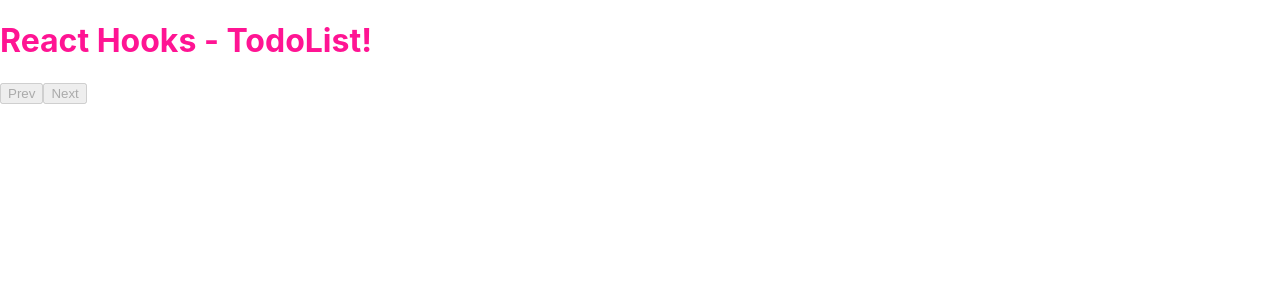
Repository: TranNgocPhuongNhi/react-hooks-basic
Page: /
These files come from the project's save history. The page is drawn as it stood at one moment and after a run of saves; the edit follows.
The browser window is 1280 px wide. The pictures show the whole page.
The page's requests for data from a server got no answer. The project was rebuilt for these pictures with package versions that can differ from the ones it lists, and the page was loaded fresh each time. No one was signed in, and anything a server would have sent is missing. Also part of the build but not shown: src/components/TodoList/index.jsx, src/components/TodoForm/index.jsx.

Above is the page before, as saved 2021-09-06 21:01:34.

### src/App.js
import React, { useState, useEffect } from 'react';
import queryString from 'query-string';

import './App.scss';
import TodoList from './components/TodoList'
import TodoForm from './components/TodoForm'
import PostList from './components/PostList'
import Pagination from './components/Pagination'
import PostFilterForm from './components/PostFilterForm'

function App() {
  const [todoList, setTodoList] = useState([
    { id: 1, title: 'I love Easy Frontend! 😍 ' },
    { id: 2, title: 'We love Easy Frontend! 🥰 ' },
    { id: 3, title: 'They love Easy Frontend! 🚀 ' },
  ]);

  const [postList, setPostList] = useState([]);
  const [pagination, setPagination] = useState({
    _page: 1,
    _limit: 10,
    _totalRows: 1,
  });
  const [filters, setFilters] = useState({
    _limit: 10,
    _page: 1,
  });

  useEffect(() => {
    async function fetchPostList() {
      try {
        const paramsString = queryString.stringify(filters)
        const requestUrl = `http://js-post-api.herokuapp.com/api/posts?${paramsString}`
        const response = await fetch(requestUrl)
        const responseJSON = await response.json()

        const {data, pagination} = responseJSON
        setPostList(data)
        setPagination(pagination)
      } catch (error) {
        console.log('Failed to fetch post list: ', error.message);
      }
    }

    fetchPostList()

  }, [filters])

  function handlePageChange(newPage) {
    console.log('New page: ', newPage);
    setFilters({
      ...filters,
      _page: newPage,
    });
  }

  function handleTodoClick(todo) {
    const index = todoList.findIndex(x => x.id === todo.id)
    if(index < 0) return;

    const newTodoList = [...todoList]
    newTodoList.splice(index, 1)
    setTodoList(newTodoList)
  }

  function handleTodoFormSubmit(formValues) {
    // add new todo to current todo list
    const newTodo = {
      id: todoList.length + 1,
      ...formValues
    }
    const newTodoList = [...todoList]
    newTodoList.push(newTodo)
    setTodoList(newTodoList)
  }

  return (
    <div className="app">
      <h1>React Hooks - TodoList!</h1>

      <PostList posts={postList}/>
      <Pagination pagination={pagination} onPageChange={handlePageChange}/>
      {/* <TodoForm onSubmit = {handleTodoFormSubmit}/>
      <TodoList todos = {todoList} onTodoClick={handleTodoClick}/> */}
    </div>
  );
}

export default App;

### src/App.scss
.app {
  color: deeppink;
}

### src/components/PostList/index.jsx
import React from 'react';
import PropTypes from 'prop-types';

PostList.propTypes = {
    posts: PropTypes.array,
};

PostList.defaultProps = {
    posts: [],
}

function PostList(props) {
    const { posts } = props

    return (
        <ul className="post-list">
            {posts.map(post => (
                <li key={post.id}>{post.title}</li>
            ))}
        </ul>
    );
}

export default PostList;

### src/components/Pagination/index.jsx
import React from 'react';
import PropTypes from 'prop-types';

Pagination.propTypes = {
  pagination: PropTypes.object.isRequired,
  onPageChange: PropTypes.func,
};

Pagination.defaultProps = {
  onPageChange: null,
};

function Pagination(props) {
  const { pagination, onPageChange } = props;
  const { _page, _limit, _totalRows } = pagination;
  const totalPages = Math.ceil(_totalRows / _limit);
  // 51 / 10 = 5.1 --> 6

  function handlePageChange(newPage) {
    if (onPageChange) {
      onPageChange(newPage);
    }
  }

  return (
    <div>
      <button
        disabled={_page <= 1}
        onClick={() => handlePageChange(_page - 1)}
      >
        Prev
      </button>

      <button
        disabled={_page >= totalPages}
        onClick={() => handlePageChange(_page + 1)}
      >
        Next
      </button>
    </div>
  );
}

export default Pagination;

### src/components/PostFilterForm/index.jsx
import React, {useState} from 'react';
import PropTypes from 'prop-types';

PostFilterForm.propTypes = {
    onSubmit: PropTypes.func,
};

PostFilterForm.defaultProps = {
    onSubmit: null,
}

function PostFilterForm(props) {
    const { onSubmit } = props;
    const [searchTerm, setSearchTerm] = useState('')

    function handleSearchTermChange(e) {
        setSearchTerm(e.target.value)

        if(!onSubmit) return;

        const formValues = {
            searchTerm,
        }

        onSubmit(formValues)
    }

    return (
        <form>
           <input type="text" value={searchTerm} onChange={handleSearchTermChange} />
        </form>
    );
}

export default PostFilterForm;

Loaded but not shown: public/index.html (common file); src/index.js (common file); src/index.css (common file); src/reportWebVitals.js (common file)

After the next 2 saves:
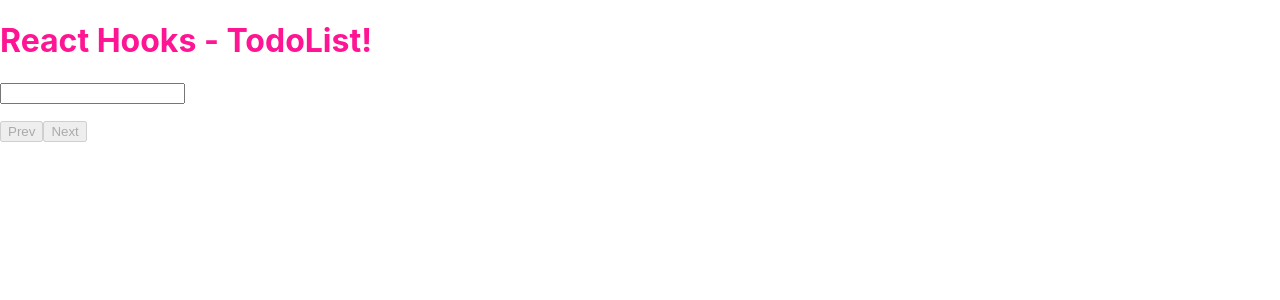
The 2 saves are shown as one change because they came seconds apart.
The last was saved 12 s later.
--- a/src/App.js
+++ b/src/App.js
@@ -78,6 +78,7 @@ function App() {
     <div className="app">
       <h1>React Hooks - TodoList!</h1>
 
+      <PostFilterForm />
       <PostList posts={postList}/>
       <Pagination pagination={pagination} onPageChange={handlePageChange}/>
       {/* <TodoForm onSubmit = {handleTodoFormSubmit}/>
